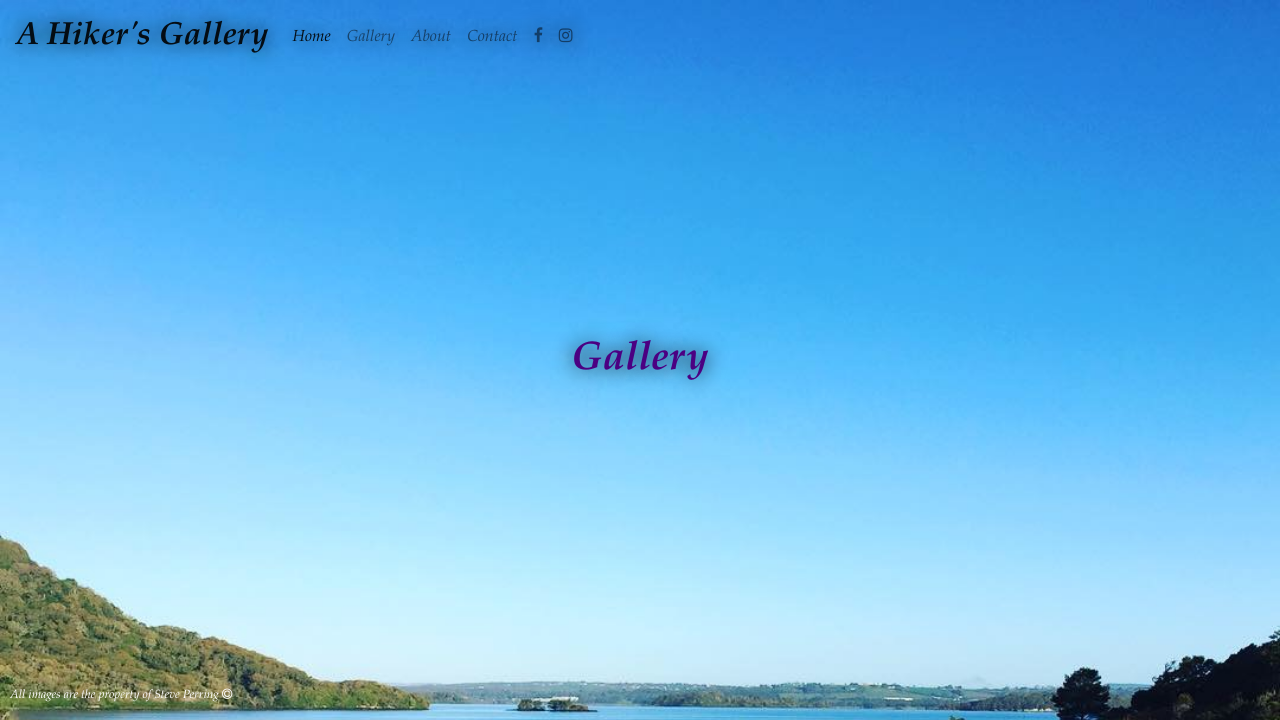
Repository: S-Perring/hiker
Page: index.html
The author's editor kept a record of every edit. The page is drawn from the files as they stood at one moment, then again after the next edit.
The browser window is 1280 px wide. The pictures show the whole page.

Above is the page before.

### index.html
<!DOCTYPE html>
<html lang="en">
<head>
    <meta charset="UTF-8">
    <meta name="viewport" content="width=device-width, initial-scale=1.0">
    <meta http-equiv="X-UA-Compatible" content="ie=edge">
    <link rel="stylesheet" href="https://stackpath.bootstrapcdn.com/bootstrap/4.3.1/css/bootstrap.min.css" type="text/css" />
    <link rel="stylesheet" href="https://stackpath.bootstrapcdn.com/font-awesome/4.7.0/css/font-awesome.min.css" type="text/css" />
    <link rel="stylesheet" href="https://cdnjs.cloudflare.com/ajax/libs/font-awesome/4.7.0/css/font-awesome.min.css">
    <link rel="stylesheet" href="css/style.css" type="text/css" />
    <title>Hiker's Gallery</title>
</head>

<body>

<header>
  <nav class="navbar fixed-top navbar-expand-sm navbar-light scrolling-navbar">
    <a class="navbar-brand" href="#"><strong>A Hiker's Gallery</strong></a>
    <button class="navbar-toggler" type="button" data-toggle="collapse" data-target="#navbarSupportedContent"
      aria-controls="navbarSupportedContent" aria-expanded="false" aria-label="Toggle navigation">
      <span class="navbar-toggler-icon"></span>
    </button>
    <div class="collapse navbar-collapse" id="navbarSupportedContent">
      <ul class="navbar-nav">
        <li class="nav-item active">
          <a class="nav-link" href="index.html">Home <span class="sr-only">(current)</span></a>
        </li>
        <li class="nav-item">
          <a class="nav-link" href="gallery.html">Gallery</a>
        </li>
        <li class="nav-item">
          <a class="nav-link" href="about.html">About</a>
        </li>
        <li class="nav-item">
          <a class="nav-link" href="contact">Contact</a>
        </li>
      </ul>
      <ul class="navbar-nav nav-flex-icons">
        <li class="nav-item">
          <a class="nav-link"><i class="fa fa-facebook"></i></a>
        </li>
        <li class="nav-item">
          <a class="nav-link"><i class="fa fa-instagram"></i></a>
        </li>
      </ul>
    </div>
  </nav>

</header>

<section>
    <div class="main-pic">

        <div>
            <a class="explore" href="gallery.html">Gallery</a>
        </div>
    </div>


</section>

<footer class="fixed-bottom">
   <p>All images are the property of Steve Perring  <i class="fa fa-copyright"></i></p>
</footer>

    <script src="https://code.jquery.com/jquery-3.3.1.slim.min.js"></script>
    <script src="https://cdnjs.cloudflare.com/ajax/libs/popper.js/1.14.7/umd/popper.min.js"></script>
    <script src="https://stackpath.bootstrapcdn.com/bootstrap/4.3.1/js/bootstrap.min.js"></script>

</body>

</html>

### css/style.css
@import url('https://fonts.googleapis.com/css?family=Roboto:100,200,300,400,500,600,700|Exo:100,200,300,400,500,600,700');


.nav-link {
    font-family: Garamond;
    color: #f0ece1;
    font-weight: 200;
    font-style: italic;
}


.main-pic {
    background-image: url(../css/images/IMG_5437.JPG);
    background-size: cover;
    max-width: 100%;
    height: 100vh;
    padding: 0;
    display: flex;
    align-items: center;
    justify-content: center;
    position: relative;
    background-repeat: no-repeat;

}


.navbar-brand {
    font-family: Garamond;
    font-size: 2em;
    font-style: italic;
    color: #f0ece1;
    border-color: #f0ece1;
}

.explore {
    font-family: Garamond;
    text-align: center;
    font-style: italic;
    font-size: 2.5em;
    font-weight: bolder;
    color: #4B0082;

}


a {
    text-decoration: none;
    background-color: transparent;
    text-shadow: 0 0 20px black;
}

footer {
    padding-left: 10px;
    position: relative;
    font-family: Garamond;
    font-style: italic;
    color: #fff;
    font-size: .75em;
}

a:hover {
  text-decoration: none;
  text-transform: capitalize;
  color: #fff;

}

After the next edit:
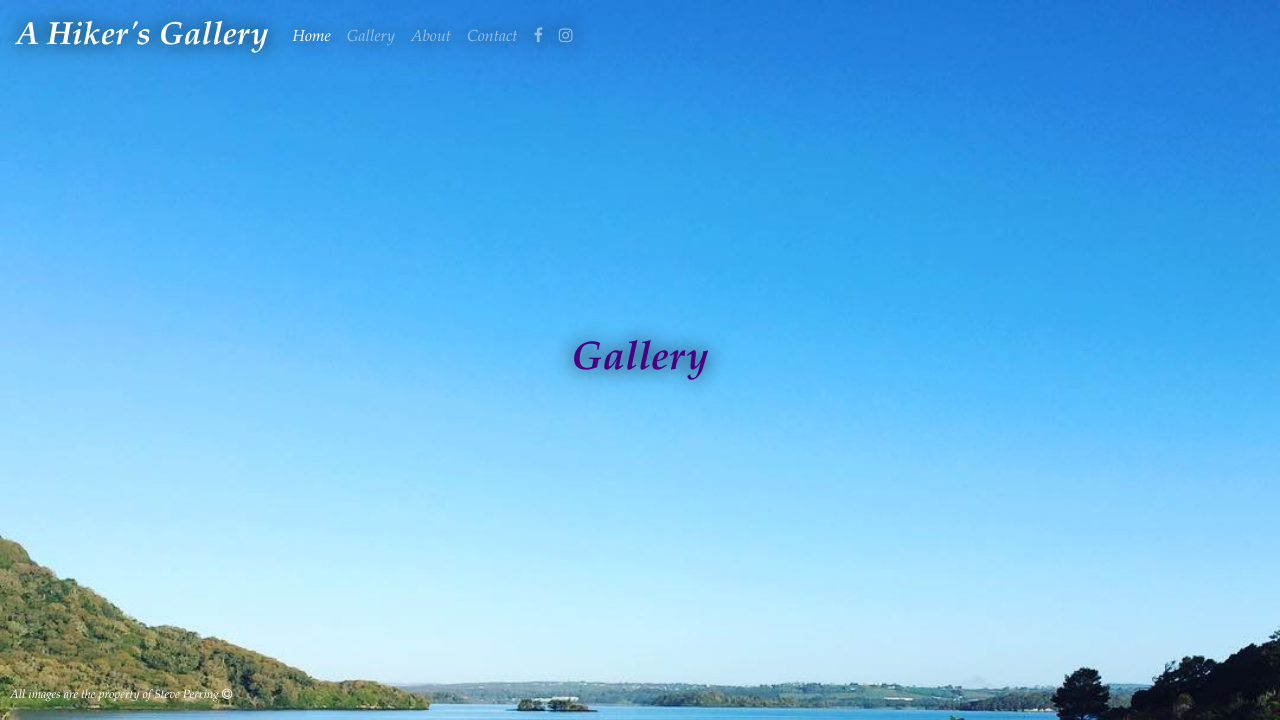
The edit:
--- a/index.html
+++ b/index.html
@@ -14,7 +14,7 @@
 <body>
 
 <header>
-  <nav class="navbar fixed-top navbar-expand-sm navbar-light scrolling-navbar">
+  <nav class="navbar fixed-top navbar-expand-sm navbar-dark scrolling-navbar">
     <a class="navbar-brand" href="#"><strong>A Hiker's Gallery</strong></a>
     <button class="navbar-toggler" type="button" data-toggle="collapse" data-target="#navbarSupportedContent"
       aria-controls="navbarSupportedContent" aria-expanded="false" aria-label="Toggle navigation">
